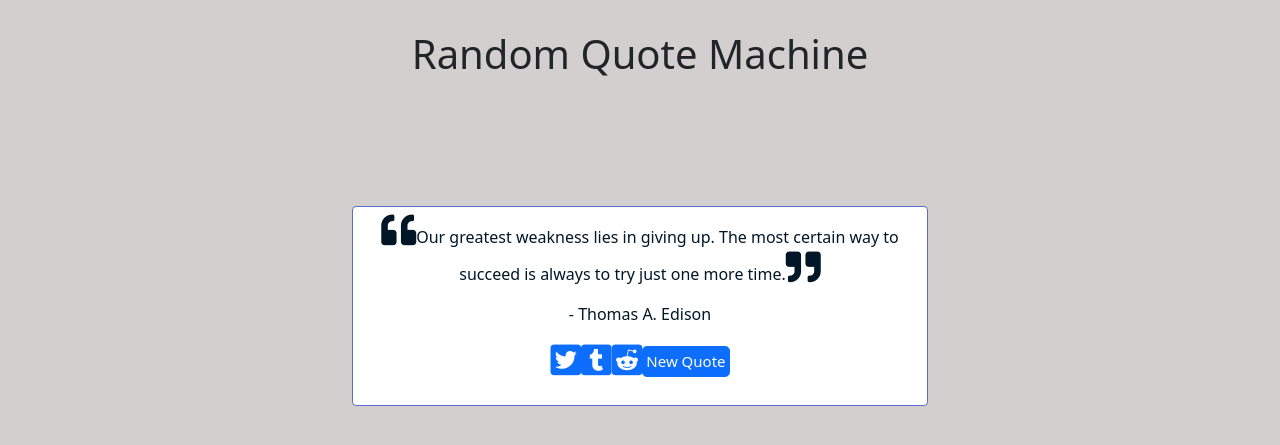
Repository: LuismGil/Random-quote-machine
Page: /
An editor plug-in stored every save of this project. The page is shown before and after the next save, followed by the edit.
The browser window is 1280 px wide. The pictures show the whole page.
The project was rebuilt for these pictures with package versions that can differ from the ones it lists, and the page was loaded fresh each time.

Above is the page before, as saved 2021-01-27 10:16:01.

After the next save:
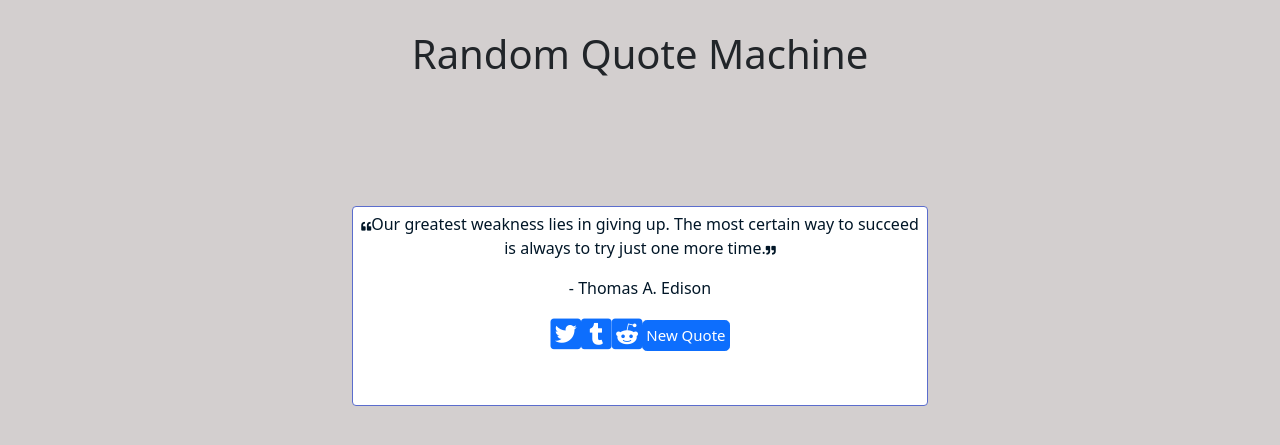
Saved 21 s later.
--- a/src/index.js
+++ b/src/index.js
@@ -130,9 +130,9 @@ const NewQuote = props => {
   return (
     <div style={{ color: quote.color }}>
       <p>
-        <i class="fas fa-quote-left"></i>
+        <i className="fas fa-quote-left quote-icon"></i>
         {quote.quote}
-        <i class="fas fa-quote-right"></i>
+        <i className="fas fa-quote-right quote-icon"></i>
       </p>
       <p id="author">{quote.author} </p>
     </div>
